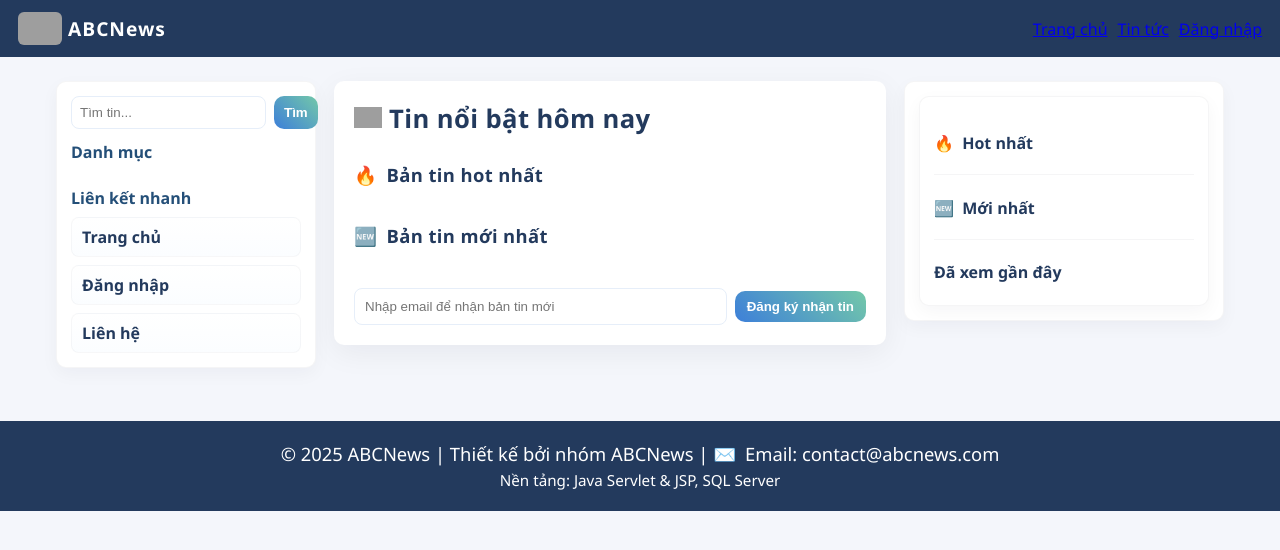
Repository: linhlinh113/ASM
Page: http://localhost/ABCNews/HomeServlet
An editor plug-in stored every save of this project. The page is shown before and after the next save, followed by the edit.
The browser window is 1280 px wide. The pictures show the whole page.
Pictures or frames that could not be fetched are drawn as grey boxes. The page is served by Tomcat 10. Queries for data that is not in the repository find no rows.

Above is the page before, as saved 2025-10-17 10:28:45.

After the next save:
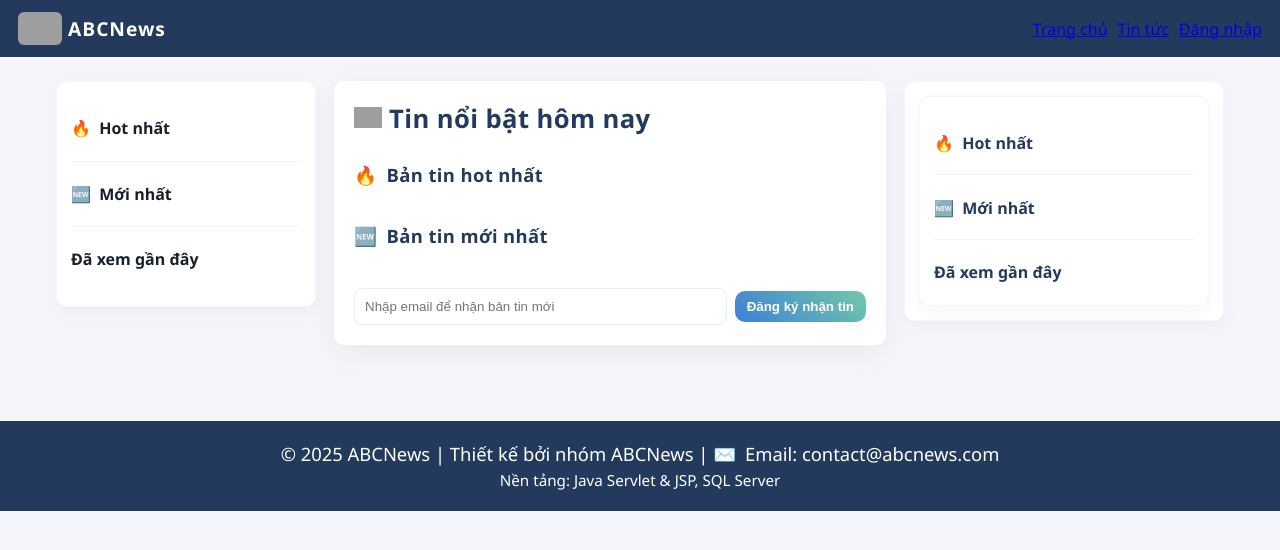
Saved 17 s later.
--- a/ABCNews/src/main/webapp/layout/leftSidebar.jsp
+++ b/ABCNews/src/main/webapp/layout/leftSidebar.jsp
@@ -2,24 +2,50 @@
 <%@ taglib uri="http://java.sun.com/jsp/jstl/core" prefix="c" %>
 <c:set var="ctx" value="${pageContext.request.contextPath}" />
 <div>
-    <form action="${ctx}/SearchServlet" method="get" style="display:flex;gap:8px;">
-        <input type="text" name="q" placeholder="Tìm tin..." aria-label="Tìm tin" style="flex:1;padding:8px;border-radius:8px;border:1px solid #e6eef9;"/>
-        <button type="submit" class="btn" style="padding:8px 10px;">Tìm</button>
-    </form>
-
-    <h4 style="margin:12px 0 8px 0;color:#244f78;font-weight:700;">Danh mục</h4>
-    <div class="category-list">
-        <c:forEach var="cat" items="${categoryList}">
-            <a class="cat-btn" href="${ctx}/NewsListServlet?cat=${cat.id}">${cat.name}</a>
+    <h4 class="section-title"><span class="icon-fire"></span> Hot nhất</h4>
+    <div class="list-block">
+        <c:forEach var="n" items="${hotList}">
+            <a class="list-item" href="${ctx}/NewsDetailServlet?id=${n.id}" style="text-decoration:none;color:inherit;">
+                <img src="${n.image}" alt="${n.title}"/>
+                <div>
+                    <div class="title">${n.title}</div>
+                    <div style="font-size:0.85rem;color:#6c757d;">${n.viewCount} lượt xem</div>
+                </div>
+            </a>
         </c:forEach>
     </div>
 
-    <div style="margin-top:16px;">
-        <h4 style="margin:8px 0;color:#244f78;font-weight:700;">Liên kết nhanh</h4>
-        <div style="display:flex;flex-direction:column;gap:8px;">
-            <a class="cat-btn" href="${ctx}/">Trang chủ</a>
-            <a class="cat-btn" href="${ctx}/login.jsp">Đăng nhập</a>
-            <a class="cat-btn" href="${ctx}/ContactServlet">Liên hệ</a>
-        </div>
+    <hr style="margin:12px 0;border:none;border-top:1px solid rgba(15,23,42,0.04)"/>
+
+    <h4 class="section-title"><span class="icon-new"></span> Mới nhất</h4>
+    <div class="list-block">
+        <c:forEach var="n" items="${newestList}">
+            <a class="list-item" href="${ctx}/NewsDetailServlet?id=${n.id}" style="text-decoration:none;color:inherit;">
+                <img src="${n.image}" alt="${n.title}"/>
+                <div>
+                    <div class="title">${n.title}</div>
+                    <div style="font-size:0.85rem;color:#6c757d;"><c:out value="${n.postedDate}"/></div>
+                </div>
+            </a>
+        </c:forEach>
+    </div>
+
+    <hr style="margin:12px 0;border:none;border-top:1px solid rgba(15,23,42,0.04)"/>
+
+    <h4 class="section-title">Đã xem gần đây</h4>
+    <div class="recent-views">
+        <c:if test="${not empty sessionScope.recentViews}">
+            <c:forEach var="nid" items="${sessionScope.recentViews}">
+                <c:choose>
+                    <c:when test="${not empty newsMap && newsMap[nid] != null}">
+                        <c:set var="rn" value="${newsMap[nid]}"/>
+                        <a href="${ctx}/NewsDetailServlet?id=${rn.id}" title="${rn.title}">
+                            <img src="${rn.image}" alt="${rn.title}"/>
+                        </a>
+                    </c:when>
+                    <c:otherwise/>
+                </c:choose>
+            </c:forEach>
+        </c:if>
     </div>
 </div>
